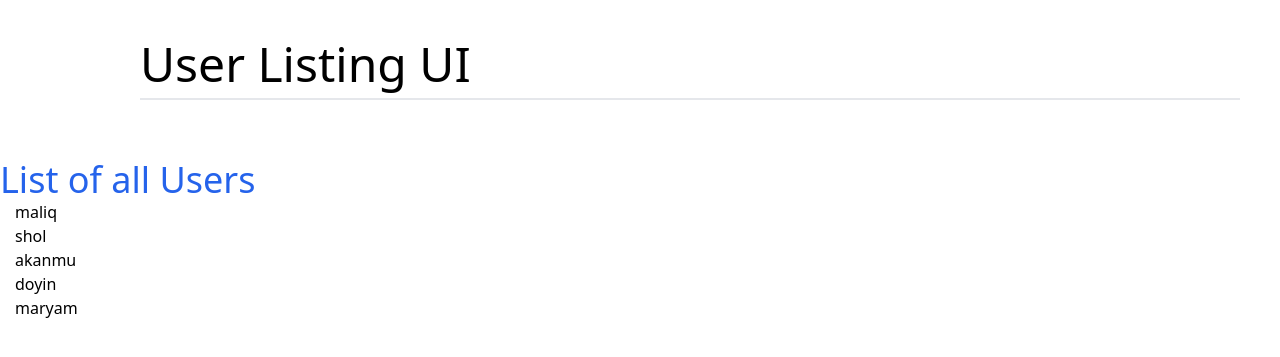
Repository: Marlstergo/listings
Page: / (app in client/)
These files come from the project's save history. The page is drawn as it stood at one moment and after the next save; the edit follows.
The browser window is 1280 px wide. The pictures show the whole page.
The project was rebuilt for these pictures with package versions that can differ from the ones it lists, and the page was loaded fresh each time. Also part of the build but not shown: client/craco.config.js, client/src/components/Loader.js, client/src/components/Order.js, client/src/components/Modal.js. Imported but missing from the stored project, and not drawn on this page: client/src/components/Base, client/src/components/Toppings.

Above is the page before, as saved 2021-07-20 23:34:30.

### client/src/index.js
/* eslint-disable no-unused-vars */
import React from "react";
import ReactDOM from "react-dom";
import "./index.css";
import App from "./App";
import reportWebVitals from "./reportWebVitals";
import { BrowserRouter } from "react-router-dom";
import { Provider } from "react-redux";
import { store } from "./redux/store";
import { PersistGate } from "redux-persist/integration/react";
import { persistor } from "./redux/store";

ReactDOM.render(
  <React.StrictMode>
    <Provider store={store}>
      <BrowserRouter>
        <PersistGate persistor={persistor}>
          <App />
        </PersistGate>
      </BrowserRouter>
    </Provider>
  </React.StrictMode>,
  document.getElementById("root")
);

// If you want to start measuring performance in your app, pass a function
// to log results (for example: reportWebVitals(console.log))
// or send to an analytics endpoint. Learn more: https://bit.ly/CRA-vitals
reportWebVitals();

### client/src/App.js
import React, { useState } from 'react';
import { Route, Switch, useLocation } from "react-router-dom";
import Header from './components/Header';
import Home from './components/Home';
import Base from './components/Base';
import Toppings from './components/Toppings';
import Order from './components/Order';
import Modal from './components/Modal';
import { AnimatePresence } from 'framer-motion';

function App() {
  const location = useLocation();
  const showModal = true;

  return (
    <>
      <Header />
      {/* <Modal showModal={showModal} /> */}
      <AnimatePresence exitBeforeEnter>
        <Switch location={location} key={location.key}>
          <Route path="/">
            <Home />
          </Route>
          <Route path="/createUpdateUser">
            <Toppings />
          </Route>
          <Route path="/order">
            <Order />
          </Route>
          <Route path="/">
            <Home />
          </Route>
        </Switch>
      </AnimatePresence>

    </>
  );
}

export default App;

### client/src/redux/store.js
import { createStore, applyMiddleware } from "redux";
import { logger } from 'redux-logger';
import {persistStore} from 'redux-persist';
// import thunk from 'redux-thunk'
import createSagaMiddleware from 'redux-saga'

import rootSaga from './root-sagas'

import rootReducer from './root-reducer';

const sagaMiddleware = createSagaMiddleware()

const middleware = [sagaMiddleware];

if( process.env.NODE_ENV === 'development'){
    middleware.push(logger)
}

export const store = createStore(rootReducer, applyMiddleware(...middleware))

sagaMiddleware.run(rootSaga)

export const persistor = persistStore(store)

export default (store, persistor);

### client/src/components/Header.js
import React from 'react';
import { motion } from 'framer-motion';

const svgVariants = {
  hidden: { rotate: -180 },
  visible: {
    rotate: 0,
    transition: { duration : 1 }
  },
}

const pathVariants = {
  hidden: {
    opacity: 0,
    pathLength: 0,
  },
  visible: {
    opacity: 1,
    pathLength: 1,
    transition: {
      duration: 2,
      ease: "easeInOut",
    }
  }
};


const Header = () => {
  return (
    <header className='flex p-[40px]  items-center'>
      <motion.div className="logo"
        drag
        dragConstraints={{ left: 0, top: 0, right: 0, bottom: 0 }}
        dragElastic={0.7}
      >
        <motion.svg className="w-[80px] overflow-visible" xmlns="http://www.w3.org/2000/svg" viewBox="0 0 100 100"
          variants={svgVariants}
          initial="hidden"
          animate="visible"
        >
          <motion.path
            fill="none"
            d="M40 40 L80 40 C80 40 80 80 40 80 C40 80 0 80 0 40 C0 40 0 0 40 0Z"
            variants={pathVariants}
          />
          <motion.path
            fill="none"
            d="M50 30 L50 -10 C50 -10 90 -10 90 30 Z"
            variants={pathVariants}
          />
        </motion.svg>
      </motion.div>
      <motion.div className=" flex-grow ml-[20px] text-xs"
        initial={{ y: -250}}
        animate={{ y: -10 }}
        transition={{ delay: 0.2, type: 'spring', stiffness: 120 }}
      >
        <h1 className="border-b-2 pb-[10px] text-5xl">User Listing UI</h1>
      </motion.div>
    </header>
  )
}

export default Header;

### client/src/components/Home.js
import React from "react";
import { Link } from "react-router-dom";
// import { motion } from "framer-motion";
import Loader from "./Loader";

const buttonVariants = {
  hover: {
    scale: 1.1,
    textShadow: "0px 0px 8px rgb(255,255,255)",
    boxShadow: "0px 0px 8px rgb(255,255,255)",
    transition: {
      duration: 0.3,
      yoyo: 5,
    },
  },
};

const containerVariants = {
  hidden: {
    opacity: 0,
  },
  visible: {
    opacity: 1,
    transition: { delay: 1.5, duration: 1.5 },
  },
  exit: {
    x: "-100vh",
    transition: { ease: "easeInOut" },
  },
};
const users = ["maliq", "shol", "akanmu", "doyin", "maryam"];
const Home = () => {
  return (
    // <motion.div
    //   className="bg-gray-600  pb-[10px] mb-[10px] border-b-2 border-gray-400 flex flex-col items-center"
    //   variants={containerVariants}
    //   initial="hidden"
    //   animate="visible"
    //   exit="exit"
    // >
      <div className="w-2/3 ">
        <h1 className="text-blue-600 text-4xl">List of all Users</h1>
        <ul className="pl-[15px]">
          {users.map(
            (user , idx) => (
              <li key={idx}>{user}</li>
            )
          )}

        </ul>
        {/* <table className="min-w-full divide-y divide-gray-200">
          <thead>
            <tr>
              <th className="px-6 py-3 bg-gray-50 text-left text-xs font-medium text-gray-500 uppercase tracking-wider">
                Transaction
              </th>
              <th className="px-6 py-3 bg-gray-50 text-right text-xs font-medium text-gray-500 uppercase tracking-wider">
                Amount
              </th>
              <th className="hidden px-6 py-3 bg-gray-50 text-left text-xs font-medium text-gray-500 uppercase tracking-wider md:block">
                Status
              </th>
              <th className="px-6 py-3 bg-gray-50 text-right text-xs font-medium text-gray-500 uppercase tracking-wider">
                Date
              </th>
            </tr>
          </thead>
        </table> */}
      </div>
    // </motion.div>
  );
};

export default Home;

### client/src/redux/root-sagas.js
import {all, call} from 'redux-saga/effects'
import {userSagas} from './user/user.sagas'


export default function* rootSaga(){
    yield all([
        call(userSagas),
    ])
}

### client/src/redux/root-reducer.js
import {combineReducers} from 'redux'
import userReducer from './user/user.reducer'
// import cartReducer from './cart/cart.reducer'
import {persistReducer} from 'redux-persist'
import storage from 'redux-persist/lib/storage'
// import directoryReducer from './directory/directory.reducer'
// import shopReducer from './shop/shop.reducer'

const persistConfig ={
    key: 'root',
    storage,
    whitelist: ['' ]
}
const rootReducer = combineReducers({
    user: userReducer,

})
export default persistReducer(persistConfig, rootReducer)

### client/src/redux/user/user.sagas.js
import { all, call, put, takeLatest } from "redux-saga/effects";

import UserActionTypes from "./user.types";
import { loadUserDetail } from "./user.action";
// import axios from "axios";
// import { getUserDetailsURL } from "../../components/stringConstants";

export function* getDetails() {
  yield console.log("i fired");

  // try {
  //   console.log("inside try");

  //   const res = yield axios.get(getUserDetailsURL);
  //   const data = yield res.data;
  //   console.log(res);
  //   yield put(loadUserDetail(data ? data.data[0] : {}));
  // } catch (err) {
  //   console.log(err.response);
  //   if (err.response && err.response.statusText === "Not Found") {
  //     // console.log("");
  //     window.location.href = "/profile/settings?newUser=0837";
  //   }
  // }
}

export function* getUserDetails() {
  yield takeLatest(UserActionTypes.GET_USER_DETAIL, getDetails);
}
// export function* loadUserDetails(){
//     yield takeLatest(UserActionTypes.LOAD_USER_DETAIL, loadDetails)
// }

export function* userSagas() {
  yield all([call(getUserDetails)]);
}

### client/src/redux/user/user.reducer.js
import UserActionTypes from "./user.types";
const INITIAL_STATE = {
  // currentUser: null,
  userDetail: {},
  demo: 'i am demo',
  location: null

};
const userReducer = (state = INITIAL_STATE, action) => {
  switch (action.type) {

    case UserActionTypes.LOAD_USER_DETAIL:
      return {
        ...state,
        userDetail: action.payload,
      };

    case UserActionTypes.COLLECT_GEOLOCATION:
      return {
        ...state,
        location: action.payload
      }
    default:
      return state;
  }
};

export default userReducer;

### client/src/redux/user/user.types.js
const UserActionTypes ={
    GOOGLE_SIGN_IN_START : 'GOOGLE_SIGN_IN_START',
    SIGN_IN_SUCCESS : 'SIGN_IN_SUCCESS',
    SIGN_IN_FAILURE : 'SIGN_IN_FAILURE',
    GET_USER_DETAIL: 'GET_USER_DETAIL',
    LOAD_USER_DETAIL: 'LOAD_USER_DETAIL',
    COLLECT_GEOLOCATION: 'COLLECT_GEOLOCATION',
    FETCH_GEOLOCATION: 'FETCH_GEOLOCATION'
}
export default UserActionTypes;

### client/src/redux/user/user.action.js
import UserActionTypes from './user.types'



// export const googleSignInStart = () => ({
//     type: UserActionTypes.GOOGLE_SIGN_IN_START
// })

// export const signInSuccess = (user) => ({
//     type: UserActionTypes.SIGN_IN_SUCCESS,
//     payload: user
// })

export const getUserDetail = () => ({
    type: UserActionTypes.GET_USER_DETAIL,

})
export const loadUserDetail = (details) => ({
    type: UserActionTypes.LOAD_USER_DETAIL,
    payload: details
})

export const fetchGeoloction = () => ({
    type: UserActionTypes.FETCH_GEOLOCATION
})
export const collectGeolocation = (location) => ({
    type: UserActionTypes.COLLECT_GEOLOCATION,
    payload: location
})
// })

### client/tailwind.config.js
  // tailwind.config.js
  module.exports = {
    mode:'jit',
    purge: ['./src/**/*.{js,jsx,ts,tsx}', './public/index.html'],
     darkMode: false, // or 'media' or 'class'
     theme: {
       extend: {},
     },
     variants: {
       extend: {},
     },
     plugins: [],
   }

Loaded but not shown: client/public/index.html (common file); client/src/index.css (common file); client/src/reportWebVitals.js (common file)

After the next save:
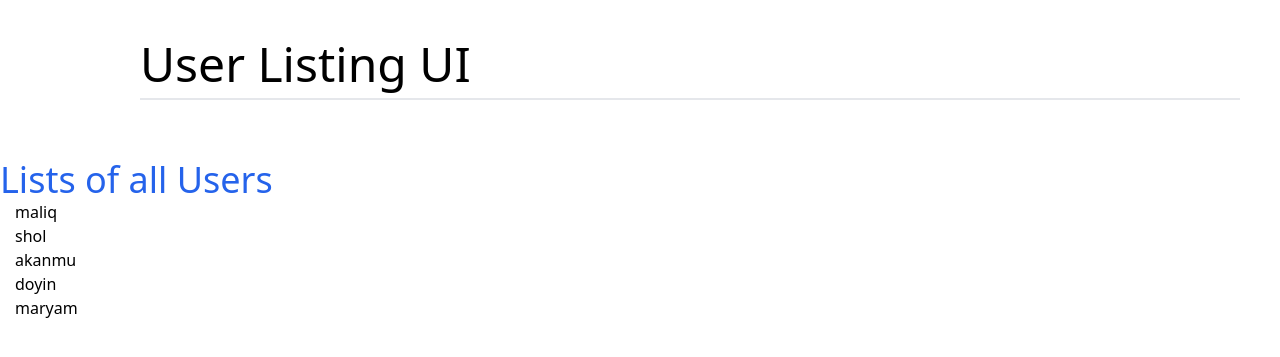
Saved 35 s later.
--- a/client/src/components/Home.js
+++ b/client/src/components/Home.js
@@ -39,7 +39,7 @@ const Home = () => {
     //   exit="exit"
     // >
       <div className="w-2/3 ">
-        <h1 className="text-blue-600 text-4xl">List of all Users</h1>
+        <h1 className="text-blue-600 text-4xl">Lists of all Users</h1>
         <ul className="pl-[15px]">
           {users.map(
             (user , idx) => (
